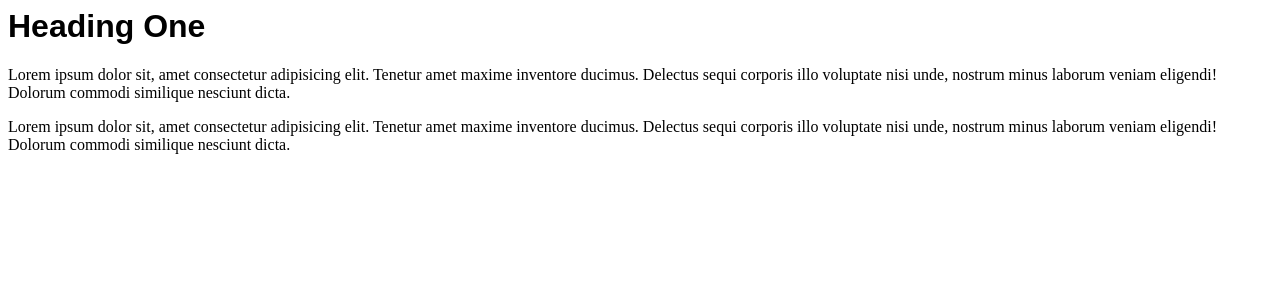
Repository: MonwarAdeeb/Bista_Solutions
Page: HTML & CSS/CSS/Level Two/01. Fonts.html
These files come from the project's save history. The page is drawn as it stood at one moment and after a run of saves; the edit follows.
The browser window is 1280 px wide. The pictures show the whole page.

Above is the page before, as saved 2021-05-20 15:19:18.

After the next 5 saves:
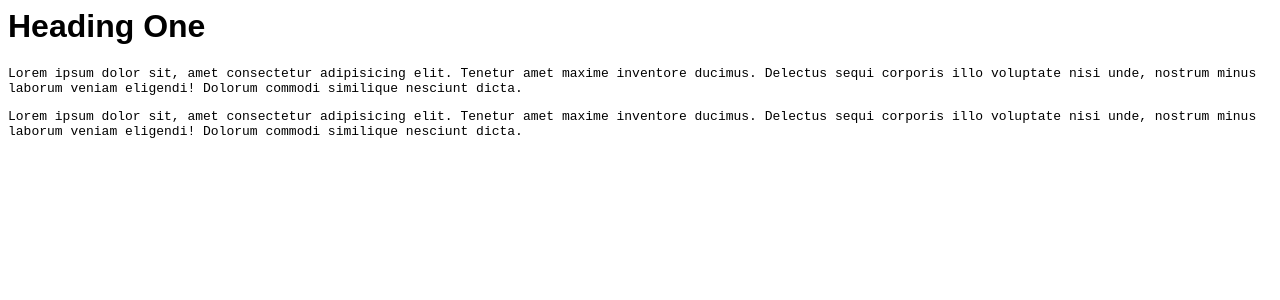
The 5 saves are shown as one change because they came seconds apart.
The last was saved 45 min 5 s later.
--- a/HTML & CSS/CSS/Level Two/01. Fonts.css
+++ b/HTML & CSS/CSS/Level Two/01. Fonts.css
@@ -1,3 +1,7 @@
 h1 {
   font-family: "Arial";
 }
+
+p {
+  font-family: monospace;
+}
